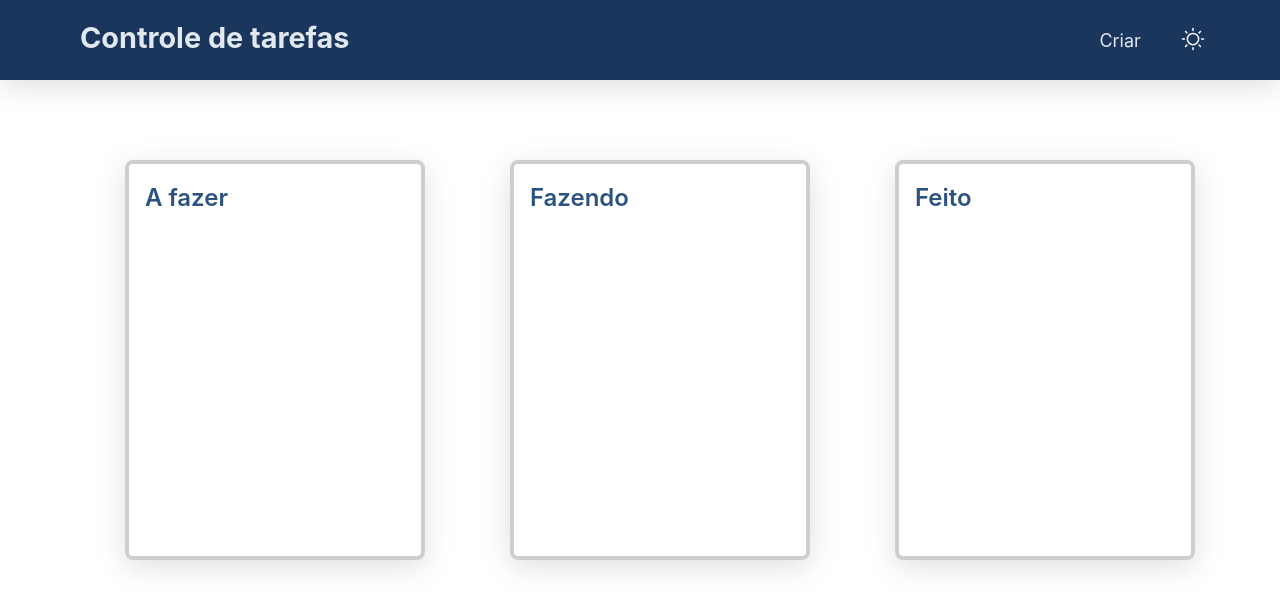
Repository: leosulzbach/Hackaton-Relampago
Page: /home (app in Front/)
The author's editor kept a copy of each file at every save. The page is drawn from the files as they stood at one save, then again after the next save.
The browser window is 1280 px wide. The pictures show the whole page.
The page's requests for data from a server got no answer. The project was rebuilt for these pictures with package versions that can differ from the ones it lists, and the page was loaded fresh each time. No one was signed in, and anything a server would have sent is missing. Also part of the build but not shown: Front/vite.config.ts.

Above is the page before, as saved 2022-11-07 16:03:41.

After the next save:
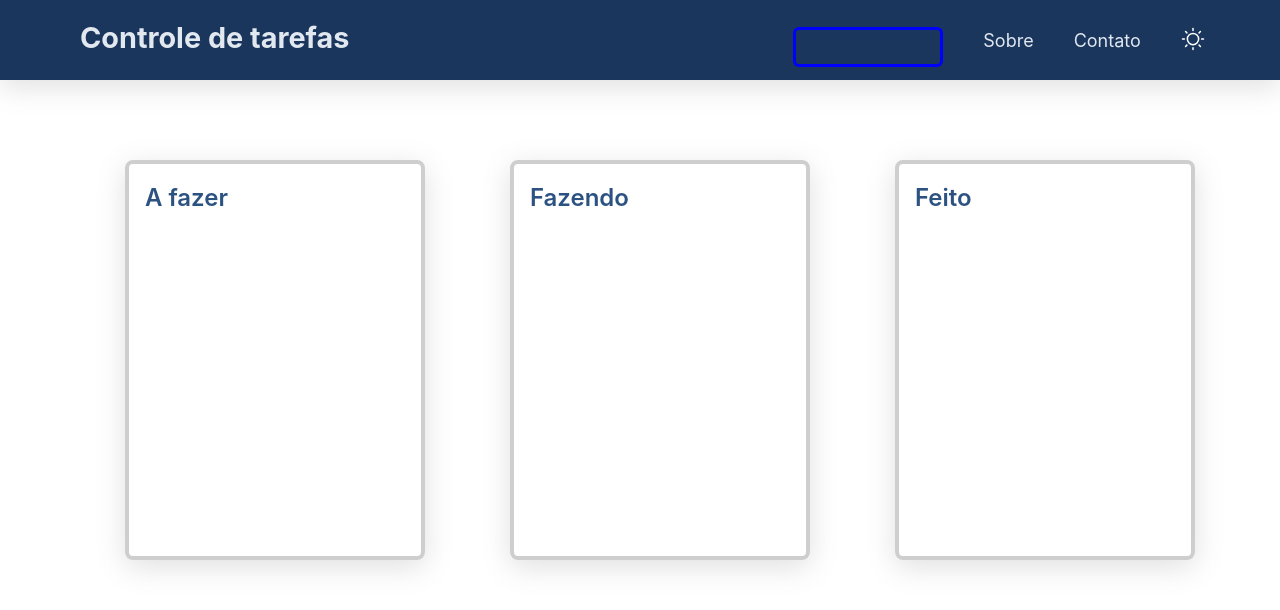
Saved 8 min 52 s later.
--- a/Front/src/Components/Header.tsx
+++ b/Front/src/Components/Header.tsx
@@ -37,12 +37,12 @@ export const Header = () => {
                 justify="flex-end"
                 gap={10}
             >
-                {/* <Input
-                    border={"2px solid #3182CE"}
+                <Input
+                    border={"3px solid blue"}
                     type={"text"}
                     w={"150px"}
                     h={"40px"}
-                    color="#cecece" /> */}
+                    color="#cecece" />
                 <Link
 
                     href="/sobre"
@@ -52,9 +52,9 @@ export const Header = () => {
                         borderBottom: '4px solid  blue', transition: 'all 0.3s ease-out', transform: 'translate(-11px, 0px)'
                     }}
                 >
-                  Criar
+                    Sobre
                 </Link>
-                {/* <Link
+                <Link
                     href="/contato"
                     color="gray.200"
                     fontSize={18}
@@ -64,7 +64,7 @@ export const Header = () => {
 
                 >
                     Contato
-                </Link> */}
+                </Link>
                 <Sun size={24} color={"white"} />
             </Flex>
 
